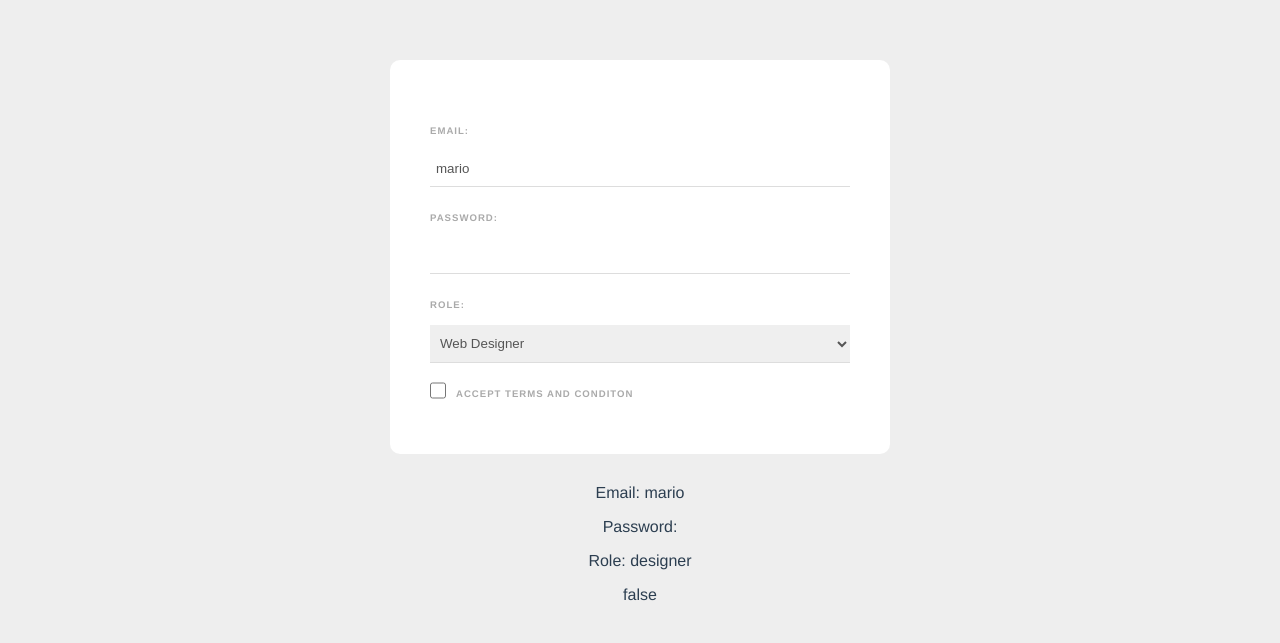
Repository: pin-seavmuy/Vue-Js
Page: /
An editor plug-in stored every save of this project. The page is shown before and after the next save, followed by the edit.
The browser window is 1280 px wide. The pictures show the whole page.
The project was rebuilt for these pictures with package versions that can differ from the ones it lists, and the page was loaded fresh each time. Also part of the build but not shown: vue.config.js.

Above is the page before, as saved 2023-11-15 23:54:26.

### src/App.vue
<template>
  <SignupForm/>
</template>

<script>
import SignupForm from './components/SignupForm.vue'

export default {
  name: 'App',
  components: {
    SignupForm
  }
}
</script>

<style>
#app {
  font-family: Avenir, Helvetica, Arial, sans-serif;
  -webkit-font-smoothing: antialiased;
  -moz-osx-font-smoothing: grayscale;
  text-align: center;
  color: #2c3e50;
  margin-top: 60px;
}
body{
  margin: 0;
  background: #eee;

}
</style>

### src/components/SignupForm.vue
<template>
  <form>
    <label>Email:</label>
    <input type="email" required v-model="email">

    <label>Password:</label>
    <input type="password" required v-model="password">

        <label>Role:</label>
        <select v-model="role">
            <option value="developer">Web Developer</option>
            <option value="designer">Web Designer</option>
        </select>

        <div class="terms">
            <input type="checkbox" required v-modal="terms">
            <label>Accept terms and conditon</label>
        </div>
  </form>

  <p>Email: {{ email }}</p>
  <p>Password: {{ password }}</p>
  <p>Role: {{ role}}</p>
  <p>{{terms}}</p>
</template>

<script>
export default {
    data(){
        return{
            email: 'mario',
            password: '',
            role: 'designer',
            terms: false
        }
    },
    components: []
}
</script>

<style>
    form{
        max-width: 420px;
        margin: 30px auto;
        background: #fff;
        text-align: left;
        padding: 40px;
        border-radius: 10px;
    }
    label{
        color: #aaa;
        display: flex;
        margin: 25px 0 15px;
        font-size: 0.6em;
        text-transform: uppercase;
        letter-spacing: 1px;
        font-weight: bold;
    }
    input, select{
        display: block;
        padding: 10px 6px;
        width: 100%;
        box-sizing: border-box;
        border: none;
        border-bottom: 1px solid #ddd;
        color: #555;
    }
    input[type="checkbox"]{
        display: inline-block;
        width: 16px;
        margin: 0 10px 0 0;
        position: relative;
        top: 2px;
    }
    .terms{
        display: flex
    }
</style>

Loaded but not shown: public/index.html (common file); src/main.js (common file)

After the next save:
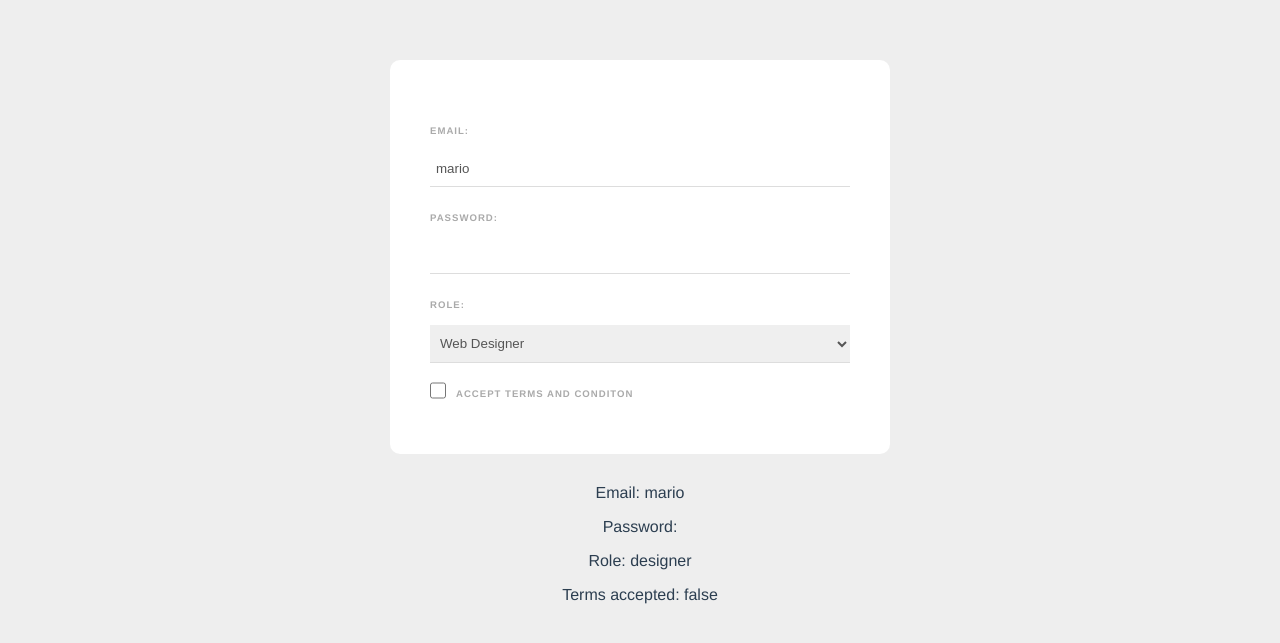
Saved 8 s later.
--- a/src/components/SignupForm.vue
+++ b/src/components/SignupForm.vue
@@ -21,7 +21,7 @@
   <p>Email: {{ email }}</p>
   <p>Password: {{ password }}</p>
   <p>Role: {{ role}}</p>
-  <p>{{terms}}</p>
+  <p>Terms accepted: {{terms}}</p>
 </template>
 
 <script>
